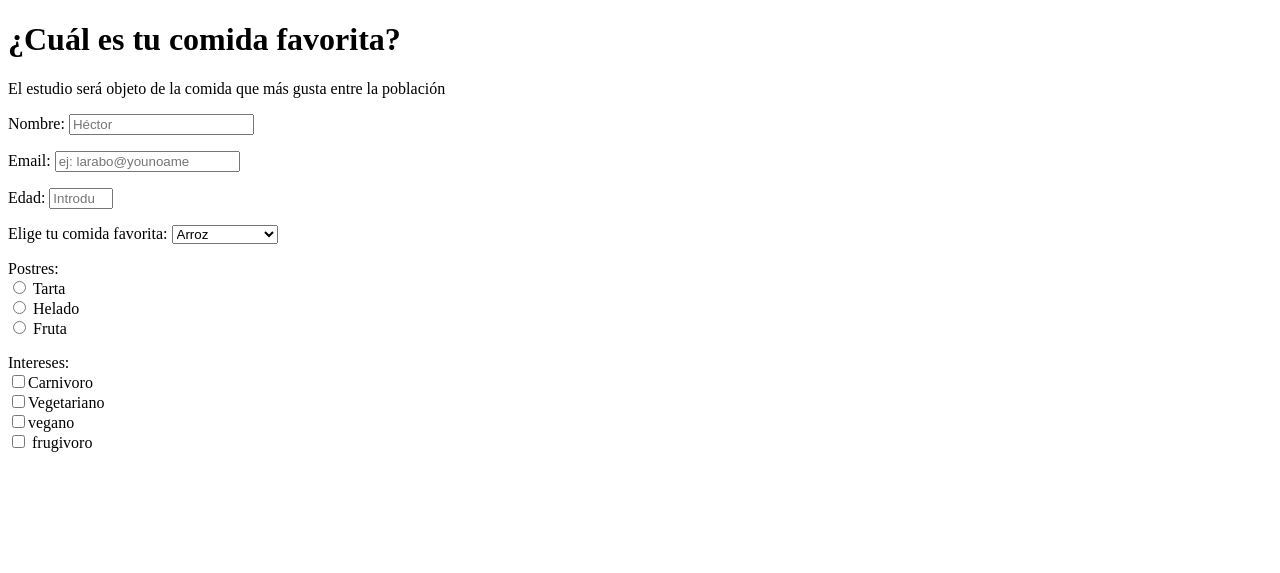
Repository: Fidesone/Form
Page: form/Index.html
These files come from the project's save history. The page is drawn as it stood at one moment and after the next save; the edit follows.
The browser window is 1280 px wide. The pictures show the whole page.

Above is the page before, as saved 2020-09-23 10:49:50.

### form/Index.html
<!DOCTYPE html>
<html>
<head>
<meta charset="ISO-8859-1">
<title>Formulario</title>
</head>
<body>
<h1 id="title">¿Cuál es tu comida favorita?</h1>
<p id="desciption">El estudio será objeto de la comida que más gusta entre la población</p>
<form id="survey-form">
	<p id="name">Nombre: <input type="text" placeholder="Héctor" id="name-label"></p>
	<p id="email">Email: <input type="email" placeholder="ej: larabo@younoame" id="email-label"></p>
	<p id="number">Edad: <input type="number" placeholder="Introduce tu edad" id="number-label" required pattern=[0-9] min="0" max="100"></p>

	<label >Elige tu comida favorita:</label>
	<select id="dropdown">

		<option value="arroz">Arroz</option>
		<option value="pasta">Pasta</option>
		<option value="paella">Paella</option>
		<option value="pizza">Pizza</option>
		<option value="hamburguesa">Hamburguesa</option>
	</select>
	<p>
		Postres:<br>
		<input type="radio" name="comida" value="tarta"> Tarta <br>
		<input type="radio" name="comida" value="helado"> Helado <br>
		<input type="radio" name="comida" value="fruta"> Fruta <br>
	</p>

	<!-- teniendo el valor "checkbox" en su atributo type, representa un control de dos estados que permite a los usuarios marcarlo como seleccionado o deseleccionado.  -->
	<p>
		Intereses:<br>
		<input type="checkbox" name="carnivoro">Carnivoro<br>
		<input type="checkbox" name="vegetariano">Vegetariano<br>
		<input type="checkbox" name="vegano">vegano<br>
		<input type="checkbox" name="frugívoro"> frugivoro <br>
	</p>
</form>
</body>
</html>

After the next save:
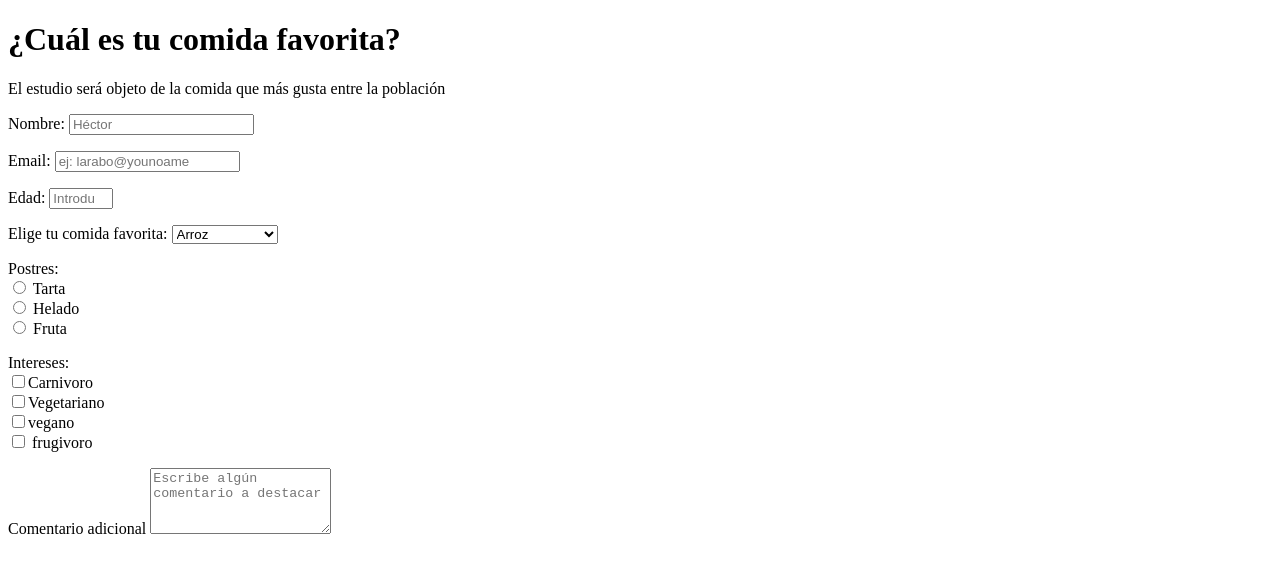
Saved 24 h 22 min later.
--- a/form/Index.html
+++ b/form/Index.html
@@ -36,6 +36,8 @@
 		<input type="checkbox" name="vegano">vegano<br>
 		<input type="checkbox" name="frugívoro"> frugivoro <br>
 	</p>
+	<label for="comentarios">Comentario adicional</label>
+	<textarea id="comentarios" rows="4" placeholder="Escribe algún comentario a destacar"></textarea>
 </form>
 </body>
 </html>
